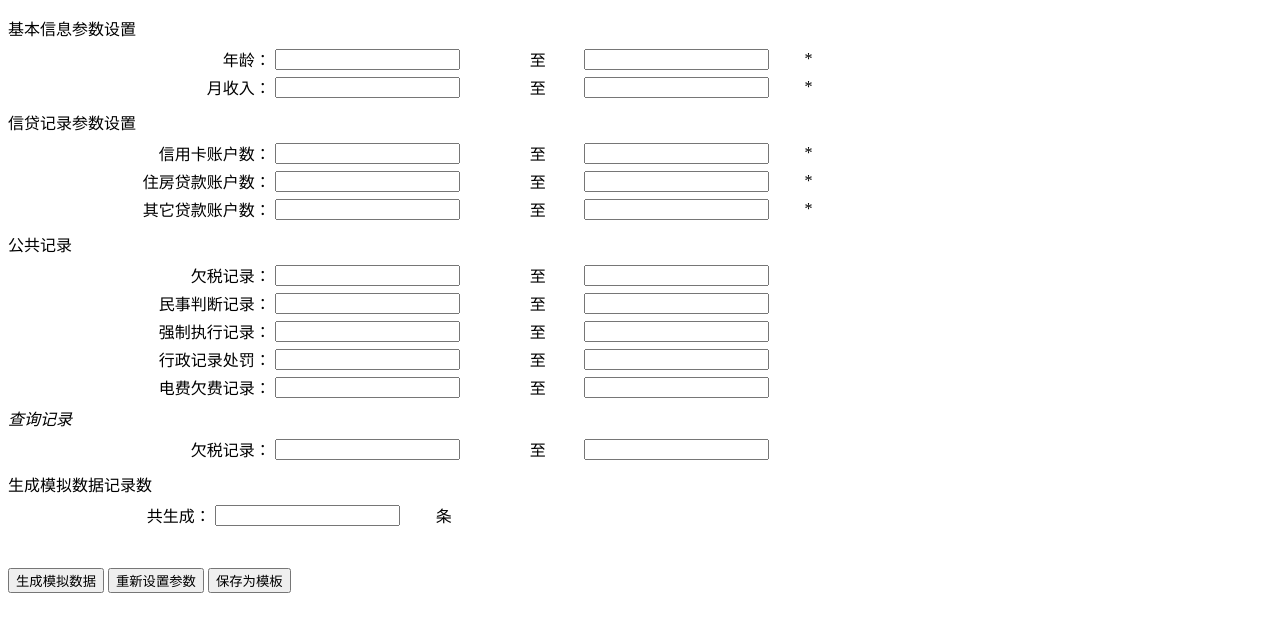
Repository: trieyouth/BigData
Page: http://localhost/BigData/WEB-INF/views/client-credit-analyse-system/data-collect/generateData.jsp
These files come from the project's save history. The page is drawn as it stood at one moment and after the next save; the edit follows.
The browser window is 1280 px wide. The pictures show the whole page.
The page is served by Tomcat 9. Nobody is signed in. Other server files are loaded and not shown. The template is opened directly, without the code that normally fills it, so the values that code supplies are empty.

Above is the page before, as saved 2016-03-07 09:03:42.

### BigData/WebRoot/WEB-INF/views/client-credit-analyse-system/data-collect/generateData.jsp
<%@ page language="java" import="java.util.*" contentType="text/html; charset=utf-8" pageEncoding="utf-8"%>
<%@taglib prefix="c" uri="http://java.sun.com/jsp/jstl/core" %>
<%
String path = request.getContextPath();
String basePath = request.getScheme()+"://"+request.getServerName()+":"+request.getServerPort()+path+"/";
%>

<!DOCTYPE HTML PUBLIC "-//W3C//DTD HTML 4.01 Transitional//EN">
<html>
  <head>
    <base href="<%=basePath%>">
    <meta charset="utf-8">
<title>数据录入 </title>


	<meta http-equiv="pragma" content="no-cache">
	<meta http-equiv="cache-control" content="no-cache">
	<meta http-equiv="expires" content="0">
	<meta http-equiv="keywords" content="keyword1,keyword2,keyword3">
	<meta http-equiv="description" content="This is my page">

  </head>

  <body>
<div style="height:4px; width:100%;"></div>
<form name="frm" method="POST" action="<c:url value="/ccas/index/dataCollect/generateData"/>">

  <!--基本参数设置区域-->

  <div id="lightcolor">
    <div style="height:4px; width:100%;"></div>
    <label  id="labelhead">基本信息参数设置</label>
    <div style="height:4px; width:100%;"></div>
    <table frame="void" width = "70%" height="25" >
      <tr>
        <td width="30%"  height="25"  style="text-align:right" ><label id="labelbody" > 年龄： </label></td>
        <td width="25%"  height="25"  ><label id="labelbody" >
            <input  type="text" id="inputwidth" name="minAge" >
          </label></td>
        <!--那么属性为参数名-->
        <td width="10%"  height="25"  style="text-align:center"  ><label id="labelbody" > 至 </label></td>
        <td width="25%"  height="25"  ><label id="labelbody" >
            <input  type="text" id="inputwidth" name="maxAge" >
          </label></td>
        <td width="10%"  height="25" ><label id="labelbody1" >* </label></td>
      </tr>
      <tr>
        <td width="30%"  height="25"  style="text-align:right" ><label id="labelbody" > 月收入： </label></td>
        <td width="25%"  height="25"  ><label id="labelbody" >
            <input  type="text" id="inputwidth" name="minMonthlyIncome" >
          </label></td>
        <td width="10%"  height="25"  style="text-align:center"  ><label id="labelbody" > 至 </label></td>
        <td width="25%"  height="25"  ><label id="labelbody" >
            <input  type="text" id="inputwidth" name="maxMonthlyIncome" >
          </label></td>
        <td width="10%"  height="25" ><label id="labelbody1" >*</label></td>
      </tr>

    </table>
  </div>

  <!--开始下一个参数组-->
  <div style="height:4px; width:100%;"></div>
  <div id="lightcolor">
    <div style="height:4px; width:100%;"></div>
    <label  id="labelhead">信贷记录参数设置</label>
    <div style="height:4px; width:100%;"></div>
    <table frame="void" width = "70%" height="25" >
      <tr>
        <td width="30%"  height="25"  style="text-align:right" ><label id="labelbody" > 信用卡账户数： </label></td>
        <td width="25%"  height="25"  ><label id="labelbody" >
            <input  type="text" id="inputwidth" name="minCreditNum" >
          </label></td>
        <td width="10%"  height="25"  style="text-align:center"  ><label id="labelbody" > 至 </label></td>
        <td width="25%"  height="25"  ><label id="labelbody" >
            <input  type="text" id="inputwidth" name="maxCreditNum" >
          </label></td>
        <td width="10%"  height="25"  ><label id="labelbody1" >* </label></td>
      </tr>
      <tr>
        <td width="30%"  height="25"  style="text-align:right" ><label id="labelbody" > 住房贷款账户数：</label></td>
        <td width="25%"  height="25"  ><label id="labelbody" >
            <input  type="text" id="inputwidth" name="minHouseLoan" >
          </label></td>
        <td width="10%"  height="25"  style="text-align:center"  ><label id="labelbody" > 至 </label></td>
        <td width="25%"  height="25"  ><label id="labelbody" >
            <input  type="text" id="inputwidth" name="maxHouseLoan" >
          </label></td>
        <td width="10%"  height="25"  ><label id="labelbody1" >* </label></td>
      </tr>
      <tr>
        <td width="30%"  height="25"  style="text-align:right" ><label id="labelbody" >其它贷款账户数：</label></td>
        <td width="25%"  height="25"  ><label id="labelbody" >
            <input  type="text" id="inputwidth" name="minLoansNum" >
          </label></td>
        <td width="10%"  height="25"  style="text-align:center"  ><label id="labelbody" > 至 </label></td>
        <td width="25%"  height="25"  ><label id="labelbody" >
            <input  type="text" id="inputwidth" name="maxLoansNum" >
          </label></td>
        <td width="10%"  height="25"  ><label id="labelbody1" >* </label></td>
      </tr>
    </table>
  </div>

  <!--开始下一个参数组-->
  <div style="height:4px; width:100%;"></div>
  <div id="lightcolor">
    <div style="height:4px; width:100%;"></div>
    <label  id="labelhead">公共记录</label>
    <div style="height:4px; width:100%;"></div>
    <table frame="void" width = "70%" height="25" >
      <tr>
        <td width="30%"  height="25"  style="text-align:right" ><label id="labelbody" > 欠税记录： </label></td>
        <td width="25%"  height="25"  ><label id="labelbody" >
            <input  type="text" id="inputwidth" name="minOwingTaxes" >
          </label></td>
        <td width="10%"  height="25"  style="text-align:center"  ><label id="labelbody" > 至 </label></td>
        <td width="25%"  height="25"  ><label id="labelbody" >
            <input  type="text" id="inputwidth" name="maxOwingTaxes" >
          </label></td>
         <td width="10%"  height="25"  style="text-align:center"  ><label id="labelbody" > </label></td>
         </tr>
      <tr>
        <td width="30%"  height="25"  style="text-align:right" ><label id="labelbody" > 民事判断记录： </label></td>
        <td width="25%"  height="25"  ><label id="labelbody" >
            <input  type="text" id="inputwidth" name="minCivilJudgmentRecord" >
          </label></td>
        <td width="10%"  height="25"  style="text-align:center"  ><label id="labelbody" > 至 </label></td>
        <td width="25%"  height="25"  ><label id="labelbody" >
            <input  type="text" id="inputwidth" name="maxCivilJudgmentRecord" >
          </label></td>
        <td width="10%"  height="25"  style="text-align:center"  ></td>
      </tr>
      <tr>
        <td width="30%"  height="25"  style="text-align:right" ><label id="labelbody" > 强制执行记录： </label></td>
        <td width="25%"  height="25"  ><label id="labelbody" >
            <input  type="text" id="inputwidth" name="minEnforcement" >
          </label></td>
        <td width="10%"  height="25"  style="text-align:center"  ><label id="labelbody" > 至 </label></td>
        <td width="25%"  height="25"  ><label id="labelbody" >
            <input  type="text" id="inputwidth" name="maxEnforcement" >
          </label></td>
         <td width="10%"  height="25"  style="text-align:center"  ></td>
      </tr>
      <tr>
        <td width="30%"  height="25"  style="text-align:right" ><label id="labelbody" > 行政记录处罚： </label></td>
        <td width="25%"  height="25"  ><label id="labelbody" >
            <input  type="text" id="inputwidth" name="minAdministrativerPunishment" >
          </label></td>
        <td width="10%"  height="25"  style="text-align:center"  ><label id="labelbody" > 至 </label></td>
        <td width="25%"  height="25"  ><label id="labelbody" >
            <input  type="text" id="inputwidth" name="maxAdministrativerPunishment" >
          </label></td>
         <td width="10%"  height="25"  style="text-align:center"  ><label id="labelbody" > </label></td>
      </tr>
      <tr>
        <td width="30%"  height="25"  style="text-align:right" ><label id="labelbody" > 电费欠费记录： </label></td>
        <td width="25%"  height="25"  ><label id="labelbody" >
            <input  type="text" id="inputwidth" name="minElectricityArrears" >
          </label></td>
        <td width="10%"  height="25"  style="text-align:center"  ><label id="labelbody" > 至 </label></td>
        <td width="25%"  height="25"  ><label id="labelbody" >
            <input  type="text" id="inputwidth" name="maxmElectricityArrears" >
          </label></td>
         <td width="10%"  height="25"  style="text-align:center"  ><label id="labelbody" > </label></td>
      </tr>
    </table>
  </div>

    <i><div style="height:4px; width:100%;"></div>
    <div id="lightcolor">
    <label id="labelhead">查询记录</label>
    <div style="height:4px; width:100%;"></div>
    <table frame="void" width="70%" height="25">
      <tr>
        <td width="30%" height="25" style="text-align:right"><label id="labelbody">欠税记录： </label></td>
        <td width="25%" height="25"><label id="labelbody">
            <input type="text" id="inputwidth" name="minSelectOwingTaxes"></label></td>
        <td width="10%" height="25" style="text-align:center"><label id="labelbody"> 至 </label></td>
        <td width="25%" height="25"><label id="labelbody">
            <input type="text" id="inputwidth" name="maxSelectOwingTaxes"> </label></td>
         <td width="10%" height="25" style="text-align:center"><label id="labelbody"> </label></td>
      </tr>
    </table>
  </div></i>

  <!--开始下一个参数组-->
  <div style="height:4px; width:100%;"></div>
  <div id="lightcolor">
    <div style="height:4px; width:100%;"></div>
    <label  id="labelhead">生成模拟数据记录数</label>
    <div style="height:4px; width:100%;"></div>
    <table frame="void" width = "70%" height="25" >
      <tr>
        <td width="23%"  height="25"  style="text-align:right" ><label id="labelbody" > 共生成： </label></td>
        <td width="25%"  height="25"  ><label id="labelbody" >
            <input  type="text" id="inputwidth" name="generateRecordNum" ></label></td>
        <td width="52%"  height="25"    ><label id="labelbody" style="text-align:left"> 条</label></td>
      </tr>
    </table><br>
  </div>

  <div style="height:20px; width:100%;">${OperateStatus }</div>
  <!--选择按钮功能-->
  <div id="buttoncon">
    <button  id="button1style" type="submit" onclick="ClickGenerateData()" >生成模拟数据</button>
    <!--点击此按钮后台获得参数-->
    <button  type="Reset" id="button2style">重新设置参数</button>
    <button  type="submit" id="button3style" onclick="ClickSaveForTemplate()" >保存为模板</button>
    <!-- <button  type="Reset" id="button2style">设置生成字段</button> -->
  </div>
</form>
  </body>
  <script language="javascript" type="text/javascript">
  function ClickGenerateData(){
        document.frm.action="<c:url value="/ccas/index/dataCollect/generateData"/>";
        document.frm.submit();
   }
  function ClickSaveForTemplate(){
      document.frm.action="<c:url value="/ccas/index/dataCollect/saveAsTemplate"/>";
      document.frm.submit();
 }
  </script>
</html>

### BigData/WebRoot/WEB-INF/resources/css/mycss.css
@charset "utf-8";
/* CSS Document */
*{
	font-family:"黑体"}
input{
	color:#FFF;}
#continaer{
	margin: 0px auto;
	width:80%;
	height:750px;
	//min-height:700px;
	background-color:rgb(18,24,48);
	padding:10px;
	border:0;
	}
#header{
	height:20%;
	width:100%;
	margin:0 auto;
	padding:0;
	border:0;
	background-color:rgb(76,93,137);}
    hr{ margin-top:0;
	margin-bottom:0;}

#bod{
	height:80%;
	width:100%;
	margin-top:0%;
	padding:0;
	background-color:rgb(76,93,137);
	}
#leftbody{
	margin:0;
	padding:0;
	border:0;
	width:20%;
	height:100%;
	background-color:rgb(18,24,48);
	float:left;
	}
#rightbody{
	margin:0;
	padding:0;
	border:0;
	width:80%;
	height:100%;
	background-color:rgb(49,69,120);
	float:left;}
#navhead{
	width:100%;
	height:50px;
	border:0;
	margin:0;
	padding:0;
	background:rgb(49,69,120);}

#hrc{
	margin-top:0;}
.nav ul {
	width:100%;
	height: 50px;
	padding: 0;
	margin-top:0;
}
.nav ul li {
	float: left;
	list-style: none;
}
.nav ul li a {
	width: 145px;
	height: 41px;
	line-height: 41px;
	background: rgb(49,69,120);
	color: #000;
	font-size: 14px;
	display: block;
	text-align: center;
	text-decoration: none;
	font-size: 16px;
	font-family:Microsoft YaHei;
	color:#FFF;
}
.nav ul li a:hover {
	width: 145px;
	height: 41px;
	line-height: 41px;
	border: 1px solid rgb(49,69,120);
	color: #000;
}

.meau ul {
	width: 100%;
	padding: 0;
	margin-top: 0;
}
.meau ul li {
	list-style: none;
}
.meau ul li a {
	width: 100%;
	height: 41px;
	line-height: 41px;
	background: rgb(28,40,82);
	color: #000;
	font-size: 14px;
	display: block;
	text-align: center;
	text-decoration: none;
	font-size: 16px;
	font-family: Microsoft YaHei;
	color: #FFF;
}
.meau ul li a:hover {
	width: 100%;
	height: 41px;
	line-height: 41px;
	border: 1px solid rgb(49,69,120);
	color: #FFF;
	background-color: rgb(18,24,48);
}
#lightcolor {
	width: 97%;
	margin-left:1%;
	background-color: #4B5C88;
	border:0;
}
#lighttable {
	width: 96%;

	padding-left:10px;
	margin-left:1%;
	background-color: #4B5C88;
	border:0;
}


#buttoncon{
	width: 97%;
	margin-left:1%;
	padding:0;
	border:0;
}
#labelhead {
	color: #F1F1A4;
	font-size: 14px;
	font-family: Microsoft YaHei;
}
#labelbody {
	color: #FFF;
	font-size: 12px;
	font-family: Microsoft YaHei;
}
.inputwidth {
	width: 100px;
	height: 16px;
	background: Transparent;
	border: 1px solid #788587;
 //border:#000;
 //font-size:14px;
}
.cell{
	border-right:#7785A8 solid 1px;
	}
button{
	margin-right:10px;
	border:0px;
	font-size:14px;
	color:#FFF;
	border-radius:5px;
	-moz-border-radius:5px;
	-webkit-box-orient:5px;
	cursor:pointer;}
.createdata{
	width:15%;
	height:40px;
	display:block;
	float:left;
	text-align:center;
	background-color:#033;
	}
.restartsetpar{
	width:15%;
	height:40px;
	display:block;
	float:left;
	text-align:center;
	background-color:#063;
	}
.saveastemplet{
	width:15%;
	height:40px;
	display:block;
	float:left;
	text-align:center;
	background-color:#0C3;
	}
.setcreatepar{
	width:15%;
	height:40px;
	display:block;
	float:left;
	text-align:center;
	background-color:#0F3;
	}

After the next save:
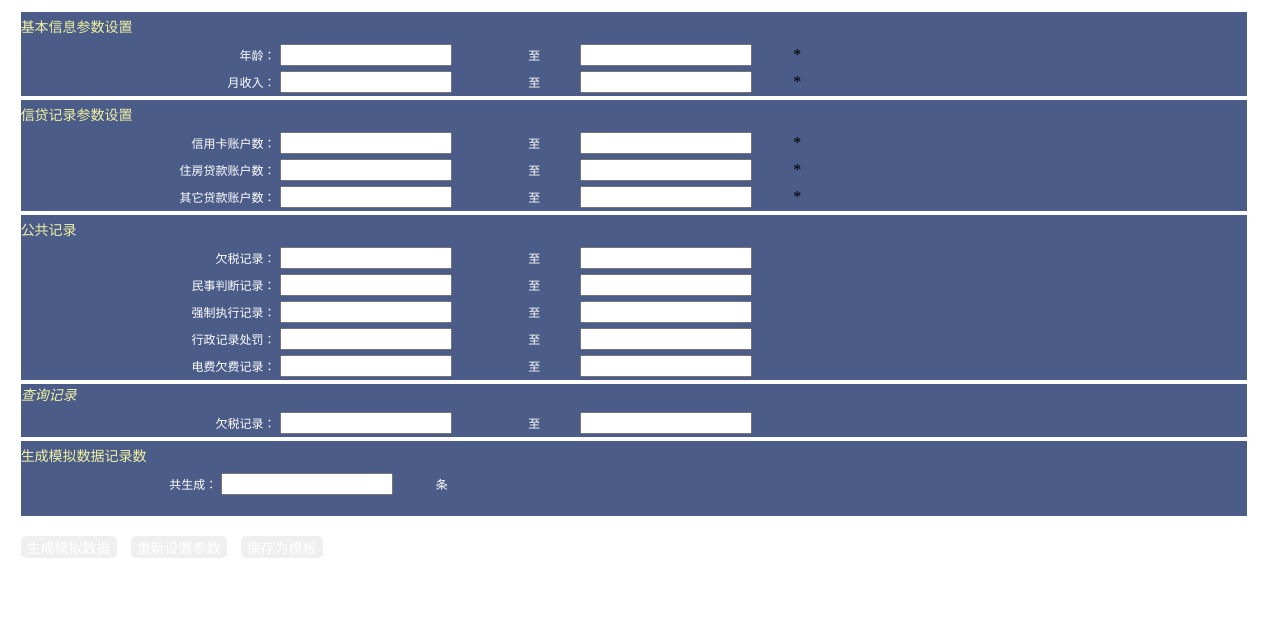
Saved 88 s later.
--- a/BigData/WebRoot/WEB-INF/views/client-credit-analyse-system/data-collect/generateData.jsp
+++ b/BigData/WebRoot/WEB-INF/views/client-credit-analyse-system/data-collect/generateData.jsp
@@ -18,6 +18,7 @@ String basePath = request.getScheme()+"://"+request.getServerName()+":"+request.
 	<meta http-equiv="expires" content="0">
 	<meta http-equiv="keywords" content="keyword1,keyword2,keyword3">
 	<meta http-equiv="description" content="This is my page">
+     <link href="<c:url value="/css/mycss.css"/>" rel="stylesheet" type="text/css">
 
   </head>
 
